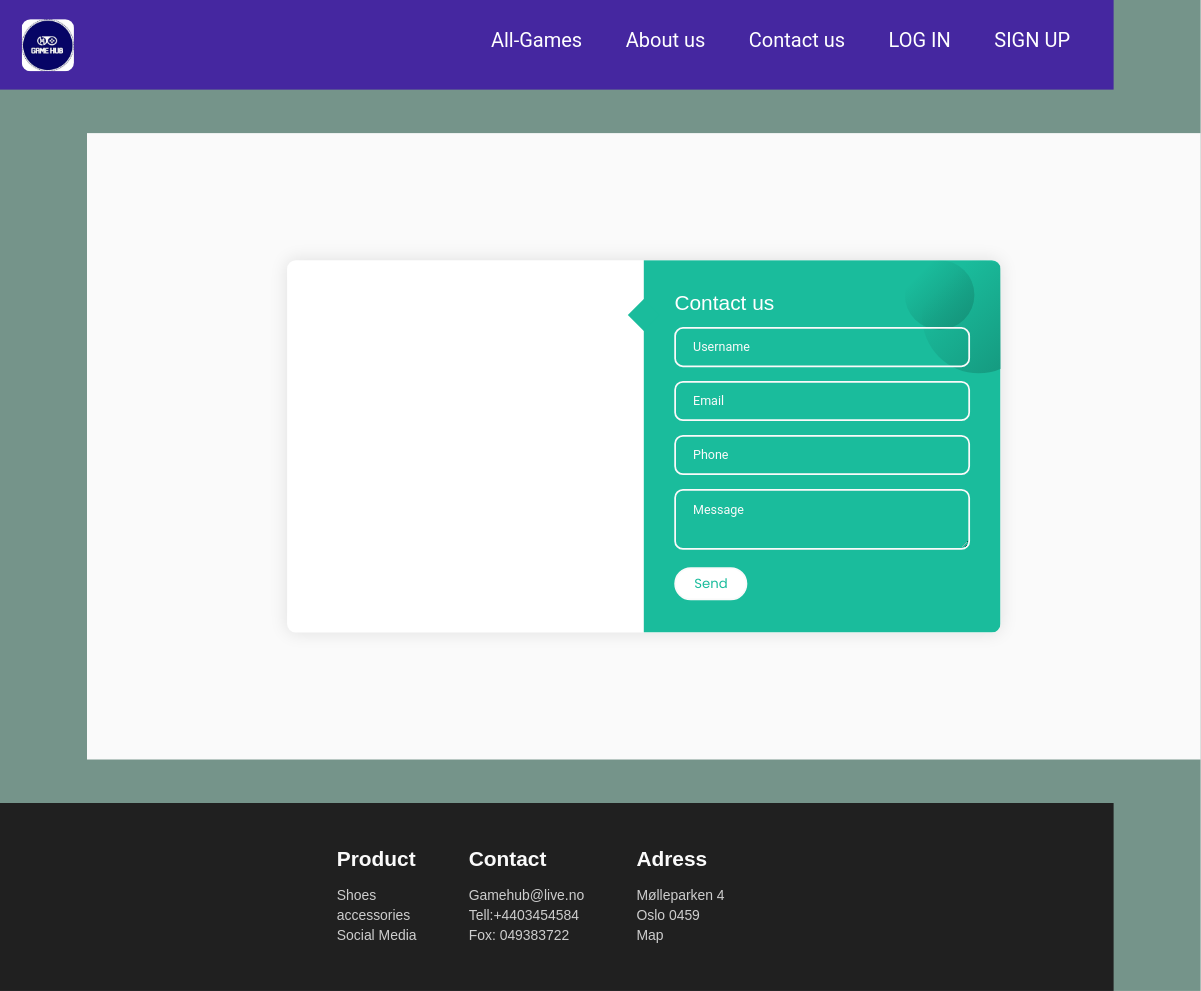
Repository: Fariaddd/HTML-CSS-reset
Page: concats.html
These files come from the project's save history. The page is drawn as it stood at one moment and after the next save; the edit follows.
The browser window is 1280 px wide. The page is 1380 px wide, then 1280 px, then 1380 px, so the pictures cover 1380 px, including what lies to the right of the window. The pictures show the whole page, at 87% of full size.
Some web fonts or font styles are not loaded; a fallback is used. Some web libraries are served in a nearby version.

Above is the page before, as saved 2022-04-30 16:16:49.
Console error: SyntaxError: Unexpected end of input

### concats.html
<!DOCTYPE html>
<html lang="en">
  <head>
    <meta charset="UTF-8" />
    <meta http-equiv="X-UA-Compatible" content="IE=edge" />
    <meta name="viewport" content="width=device-width, initial-scale=1.0" />
    <title>Contact Form</title>
    <link rel="stylesheet" href="style/contact.css" />
    <link rel="stylesheet" href="style/index.css" />
    <script
      src="https://kit.fontawesome.com/64d58efce2.js"
      crossorigin="anonymous"
    ></script>
  </head>
  <header class="header">
    <div class="logo">
        <a href="./index.html">
          <img src="./img/Gamehub.png" alt="Gamehub-logo"
        /></a>
      </div>
      <div class="navigation">
          <input type="chechbox"
          class="toggle-menu">
          <div class="hamburger"></div>

        <ul class="menu">
          <li><a href="./all-games.html">All-Games</a></li>
          <li><a href="./about.html">About us</a></li>
          <li><a href="./concats.html">Contact us</a></li>
        </ul>
        <ul class="menu ">
            <li>
              <a href="./login.html" >LOG IN</a>
            </li>
            <li>
              <a href="./sign.html" >SIGN UP</a>
            </li>
      </div>
  </header>
  <body>
    <main>
      <section>
        <div class="container">
          <div class="form">
            <div class="contact-info">
              <h3 class="tittle"></h3>
            </div>
            <div class="contact-form">
              <span class="circle one"></span>
              <span class="circle two"></span>
              <form action="./contact.html">
                <h3 class="tittle">Contact us</h3>
                <div class="input-container">
                  <input type="text" name="name" class="input" />
                  <label for="">Username</label>
                  <span>Username</span>
                </div>
                <div class="input-container">
                  <input type="email" name="name" class="input" />
                  <label for="">Email</label>
                  <span>Email</span>
                </div>
                <div class="input-container">
                  <input type="tel" name="phone" class="input" />
                  <label for="">Phone</label>
                  <span>Phone</span>
                </div>
                <div class="input-container textarea">
                  <textarea name="message" class="input"></textarea>
                  <label for="">Message</label>
                  <span>Message</span>
                </div>
                <input type="submit" value="Send" class="btn" />
              </form>
            </div>
          </div>
        </div>
      </section>
      <footer>
        <div class="footer-container">
          <nav class="footer-navv">
            <ul>
              <h3>Product</h3>
              <br />
              <li>Shoes</li>
              <li>accessories</li>
              <li>Social Media</li>
            </ul>
          </nav>
          <nav class="footer-navv">
            <ul>
              <h3>Contact</h3>
              <br />
              <li>Gamehub@live.no</li>
              <li>Tell:+4403454584</li>
              <li>Fox: 049383722</li>
            </ul>
          </nav>
          <nav class="footer-navv">
            <ul>
              <h3>Adress</h3>
              <br />
              <li>Mølleparken 4</li>
              <li>Oslo 0459</li>
              <li>Map</li>
            </ul>
          </nav>
        </div>
      </footer>
    </main>
    <script src="./js/script.js"></script>
  </body>
</html>

### style/contact.css
@import url("https://fonts.googleapis.com/css2?family=Poppins:wght@100;200;300;400;500;600;700;800&display=swap");
* {
  margin: 0;
  padding: 0;
  box-sizing: border-box;
}
body,
input,
textarea {
  font-family: "Poppins";
}

.container {
  position: relative;
  width: 100%;
  min-height: 100vh;
  padding: 2rem;
  background-color: #fafafa;
  overflow: hidden;
  display: flex;
  align-items: center;
  justify-content: center;
}
.form {
  width: 100%;
  max-width: 820px;
  background-color: #fff;
  border-radius: 10px;
  box-shadow: 0 0 20px 1px rgba(0, 0, 0, 0.1);
  z-index: 1000;
  overflow: hidden;
  display: grid;
  grid-template-columns: repeat(2, 1fr);
}

.contact-form {
  background-color: #1abc9c;
  position: relative;
}
.circle {
  border-radius: 50%;
  background: linear-gradient(135deg, transparent 20%, #149279);
  position: absolute;
}

.circle.one {
  width: 130px;
  height: 130px;
  top: 130;
  right: -40px;
}

.circle.two {
  width: 80px;
  height: 80px;
  top: 10;
  right: 30px;
}

.contact-form:before {
  content: "";
  position: absolute;
  width: 26px;
  height: 26px;
  background-color: #1abc9c;
  transform: rotate(45deg);
  top: 50px;
  left: -13px;
}

form {
  padding: 2.3rem 2.2rem;
  z-index: 10;
  overflow: hidden;
  position: relative;
}

.tittle {
  color: #fff;
  font-weight: 500;
  font-size: 1.5rem;
  line-height: 1;
  margin-bottom: 0.7rem;
}
.input-container {
  position: relative;
  margin: 1rem 0;
}

.input {
  width: 100%;
  outline: none;
  border: 2px solid #fafafa;
  background: none;
  padding: 0.6rem 1.2rem;
  color: #fff;
  font-weight: 500;
  font-size: 0.95rem;
  letter-spacing: 0.5px;
  border-radius: 10px;
  transition: 0.3;
}

.textarea.input {
  padding: 0.8rem;
  min-height: 150px;
  border-radius: 22px;
  resize: none;
  overflow-y: auto;
}

.input-container label {
  position: absolute;
  top: 50%;
  left: 15px;
  transform: translateY(-50%);
  padding: 0 0.4rem;
  color: #fafafa;
  font-size: 0.9rem;
  font-weight: 400;
  pointer-events: none;
  z-index: 1000;
  transition: 0.5s;
}

.input-container.textarea label {
  top: 1rem;
  transform: translateY(0);
}
.btn {
  padding: 0.6rem 1.3rem;
  background-color: #fff;
  border: 2px solid #fafafa;
  font-size: 0.95rem;
  color: #1abc9c;
  line-height: 1;
  border-radius: 25px;
  outline: none;
  cursor: pointer;
  transition: 0.3s;
  margin: 0;
}

.btn:hover {
  background-color: transparent;
  color: #fff;
}

.input-container span {
  position: absolute;
  top: 0;
  left: 25px;
  transform: translateY(-50%);
  font-size: 0.8rem;
  padding: 0 0.4rem;
  color: transparent;
  pointer-events: none;
  z-index: 500;
}

.input-container span:before,
.input-container span:after {
  content: "";
  position: absolute;
  width: 10%;
  opacity: 0;
  transition: 0.3s;
  height: 5px;
  background-color: #1abc9c;
  top: 50%;
  transform: translateY(-50%);
}

.input-container span:before {
  left: 50%;
}

.input-container span:after {
  right: 50%;
}

.input-container.focus label {
  top: 0;
  transform: translateY(-50%);
  left: 25px;
  font-size: 0.8rem;
}

.input-container.focus span:before,
.input-container.focus span:after {
  width: 50%;
  opacity: 1;
}

@media (max-width: 768px) {
  .navbar {
    display: block;
  }
  .form {
    grid-template-columns: 1fr;
  }
  .contact-info:before {
    bottom: initial;
    top: -75px;
    right: 65px;
    transform: scale(0.95);
  }
  .contact-form:before {
    top: -13px;
    left: initial;
    right: 70px;
  }
}

@media (max-width: 480px) {
  .container {
    padding: 1.5rem;
  }

  .contact-info:before {
    display: none;
  }

  .title {
    font-size: 1.15rem;
  }
  .input {
    padding: 0.45rem 1.2rem;
  }

  .btn {
    padding: 0.45rem 1.2rem;
  }
}

### style/index.css
/*@import url("https://fonts.googleepis.com/css?family=roboto:300,400,500,600,700,800,900&display=swap");*/

* {
  font-family: "Roboto";
  margin: 0;
  padding: 0;
  box-sizing: border-box;
}

body {
  background-color: rgb(117, 148, 138);
}
.header {
  position: relative;
  width: 100%;
  display: flex;
  justify-content: space-between;
  align-items: center;
  background: #4527a0;
  padding: 0 25px;
  transition: 0.3s;
}

.logo a {
  display: block;
}

.logo a img {
  display: block;
  width: 60px;
  border-radius: 10px;
}

.navigation {
  display: flex;
  justify-content: space-between;
  align-items: center;
}
.menu {
  display: flex;
  justify-content: center;
  flex-direction: row;
  align-items: center;
  z-index: 1;
  transition: 0.5s;
}

.menu li {
  list-style-type: none;
}

.menu li a {
  color: #fff;
  text-decoration: none;
  display: block;
  padding: 30px 15px;
  font-size: 23px;
  line-height: 1;
  transition: 0.3s;
  padding: 35px 25px 45px 25px;
}

.menu li a:hover {
  box-shadow: 0 -5px 0 #fff inset, 500px 0 0 rgba(255, 255, 255, 0.03) inset;
}

.links {
  background-color: black;
  font-weight: bold;
  text-decoration: none;
  list-style-type: none;
}

.hamburger {
  position: relative;
  width: 30px;
  height: 4px;
  background: #fff;
  border-radius: 10px;
  cursor: pointer;
  z-index: 2;
  transition: 0.3s;
}

.hamburger:before,
.hamburger:after {
  content: "";
  position: absolute;
  height: 4px;
  right: 0;
  background: #fff;
  border-radius: 10px;
  transition: 0.3s;
}

.hamburger:before {
  top: -10px;
  width: 20px;
}
.hamburger:after {
  top: 10px;
  width: 20px;
}

.toggle-menu {
  position: absolute;
  width: 30px;
  height: 100%;
  z-index: 3;
  cursor: pointer;
  opacity: 0;
}

.hamburger,
.toggle-menu {
  display: none;
}

.navigation input:checked ~ .hamburger {
  background: transparent;
}

.navigation input:checked ~ .hamburger:before {
  top: 0;
  transform: rotate(-45deg);
  width: 30px;
}
.navigation input:checked ~ .hamburger:after {
  top: 0;
  transform: rotate(45deg);
  width: 30px;
}

.navigation input:checked ~ .menu {
  right: 0;
  box-shadow: -20px 0 40px rgba(0, 0, 0, 0.3);
}

/* main section */

.container {
  display: flex;
  justify-content: center;

  margin: 50px 100px;
}

.div-container {
  margin: 5px;
  width: 100%;
}

.img {
  width: 100%;
  height: 250px;
  object-fit: cover;
}

.text {
  margin-left: 10px;
}

button {
  margin-top: 10px;
  width: 150px;
  height: 40px;
}

h1 {
  text-align: center;
  text-decoration: none;
}
h2 {
  margin: 0;
}
p {
  margin: 0;
}
@media screen and (max-width: 768px) {
  .container {
    flex-direction: column;
    margin: 0px;
    text-align: center;
  }
}

/*footer*/

.footer-container {
  height: auto;
  background-color: rgb(32, 32, 32);
  display: flex;
  justify-content: center;
}

.footer-navv {
  margin: 50px 60px 50px 0px;
}
h3 {
  font-family: "League Spartan", sans-serif;
  font-size: 24px;
  color: rgb(250, 250, 250);
}

.footer-navv li {
  color: rgb(206, 206, 206);
  text-decoration: none;
  list-style: none;
  font-family: "League Spartan", sans-serif;
  font-size: 16px;
  margin-bottom: 5px;
}

@media screen and (max-width: 768px) {
  .footer-nav:nth-child(1) {
    display: none;
  }
}
@media screen and (max-width: 460px) {
  .footer-container {
    flex-direction: column;
    align-items: center;
  }
}

@media screen and (max-width: 768px) {
  .hamburger,
  .toggle-menu {
    display: block;
  }

  .header {
    padding: 10px 20px;
  }
  .menu {
    justify-content: start;
    flex-direction: column;
    align-items: center;
    position: fixed;
    top: 0;
    right: -300px;
    background: #4527a0;
    width: 300px;
    height: 100%;
    padding-top: 65px;
  }
  .menu li {
    width: 100%;
  }
  .menu li a,
  .menu li a:hover {
    padding: 30px;
    font-size: 24px;
    box-shadow: 0 1px 0 rgba(255, 255, 255, 0.1);
  }
}

/*Buy-game page*/
.img {
  background-image: url(/img/game.png);
}

### script.js
successful - wing.flywheelsites.com

const url = 'https://successful-wing.flywheelsites.com/wp-json/wc/store/products'

async function

### style/login.css
@import url("https://fonts.googleapis.com/css2?family=Hubballi&display=swap");

.section-container {
  width: 100%;
  display: flex;
  justify-content: center;
  font-family: "Hubballi", cursive;
}

.text-container {
  margin-top: 20px;
}

.container-input {
  display: flex;
  flex-direction: column;
  margin-top: 25px;
}
.input-box {
  width: 100%;
  border: 1px solid black;
  height: 40px;
}

#logginn-btn {
  background-color: rgb(32, 32, 32);
  color: white;
  margin-top: 25px;
  width: 150px;
  height: 40px;
}

#logginn-btn:hover {
  background-color: rgb(233, 132, 0);
}
p {
  margin-top: 5px;
}

.or-container {
  display: flex;
  flex-direction: row;
}

.or-box {
  background-color: white;
  margin: 10px 10px 50px 0px;
  border: 1px solid black;
  width: 150px;
  height: 40px;
}

### script/login.js
const email = document.getElementById("email")
const password = document.getElementById("password")
const form = document.getElementById("form")
const errorElement = document.getElementById("error")


form.addEventListener("logginn", (e) => {
    let messages = []
    if (email.value === "" || email.value == null) {
        console.log("Email is required");
    }

    if (password.value.length > 0) {
        console.log("Password is required");
    }
})

After the next save:
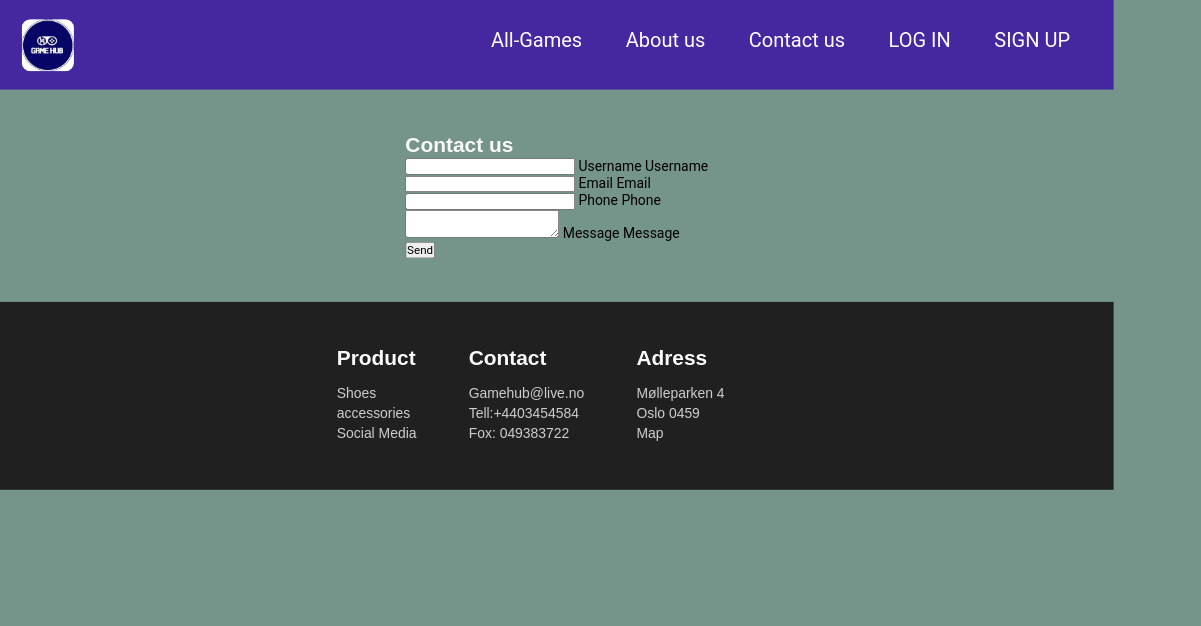
Not found: co
Saved 31 s later.
--- a/concats.html
+++ b/concats.html
@@ -5,8 +5,10 @@
     <meta http-equiv="X-UA-Compatible" content="IE=edge" />
     <meta name="viewport" content="width=device-width, initial-scale=1.0" />
     <title>Contact Form</title>
-    <link rel="stylesheet" href="style/contact.css" />
+    <link rel="stylesheet" href="style/login.css">
+    <link rel="stylesheet" href="co">
     <link rel="stylesheet" href="style/index.css" />
+    <script defer src="script/login.js"></script>
     <script
       src="https://kit.fontawesome.com/64d58efce2.js"
       crossorigin="anonymous"

After the save that followed:
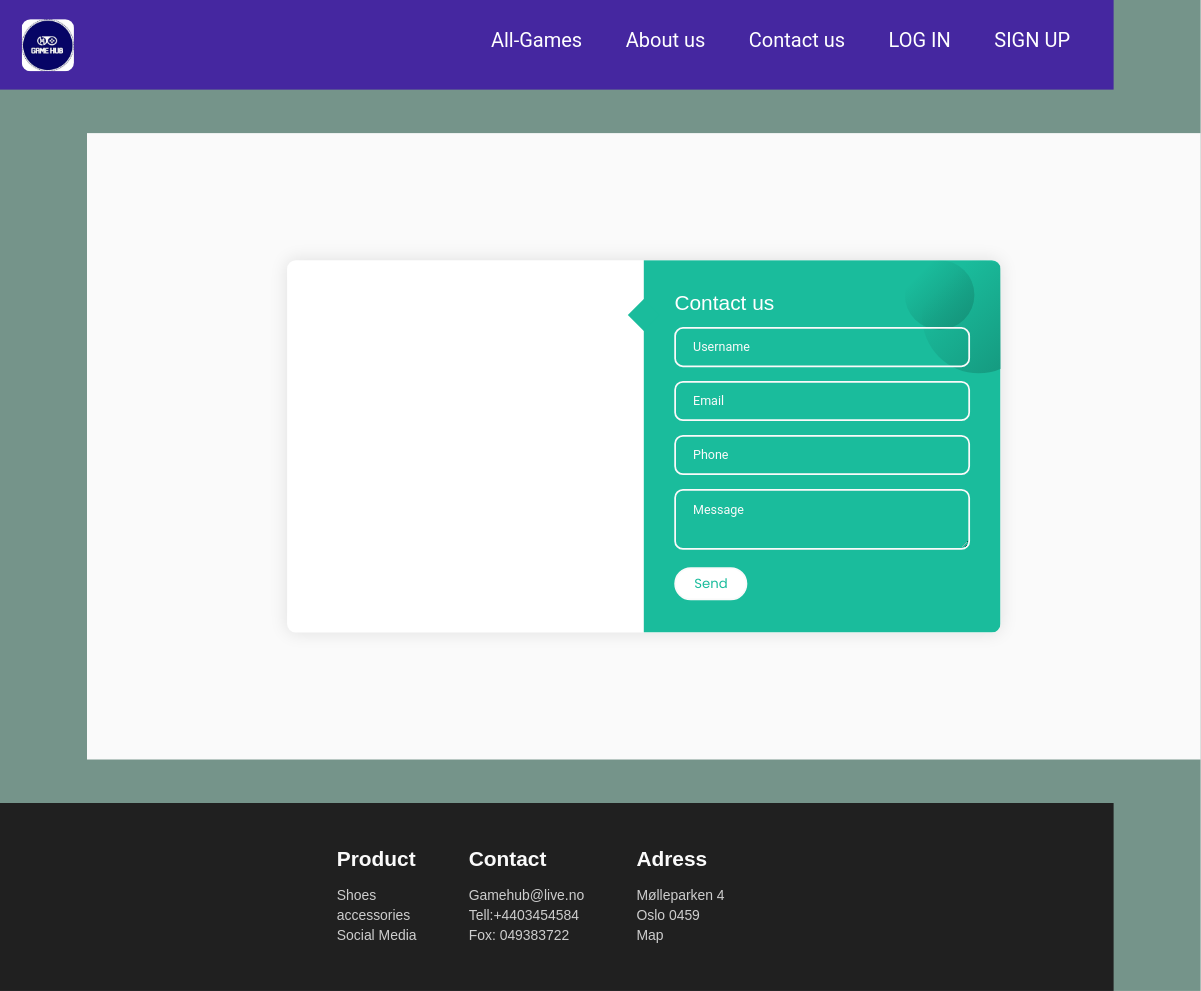
Saved 19 s later.
--- a/concats.html
+++ b/concats.html
@@ -5,8 +5,8 @@
     <meta http-equiv="X-UA-Compatible" content="IE=edge" />
     <meta name="viewport" content="width=device-width, initial-scale=1.0" />
     <title>Contact Form</title>
+    <link rel="stylesheet" href="style/contact.css" />
     <link rel="stylesheet" href="style/login.css">
-    <link rel="stylesheet" href="co">
     <link rel="stylesheet" href="style/index.css" />
     <script defer src="script/login.js"></script>
     <script
